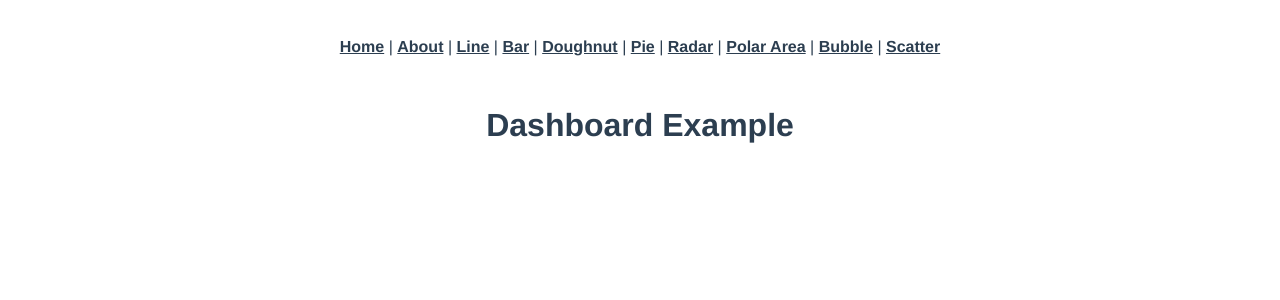
Repository: nashthecoder/vue_learn
Page: /dashboard (app in client/)
These files come from the project's save history. The page is drawn as it stood at one moment and after the next save; the edit follows.
The browser window is 1280 px wide. The pictures show the whole page.
The project was rebuilt for these pictures with package versions that can differ from the ones it lists, and the page was loaded fresh each time. Imported but missing from the stored project, and not drawn on this page: client/src/views/Home.vue.

Above is the page before, as saved 2020-12-16 19:47:45.

### client/public/index.html
<!DOCTYPE html>
<html lang="en">
  <head>
    <meta charset="utf-8">
    <meta http-equiv="X-UA-Compatible" content="IE=edge">
    <meta name="viewport" content="width=device-width,initial-scale=1.0">
    <link rel="icon" href="<%= BASE_URL %>favicon.ico">
    <title>Visualizations</title>
  </head>
  <body>
    <noscript>
      <strong>We're sorry but client doesn't work properly without JavaScript enabled. Please enable it to continue.</strong>
    </noscript>
    <div id="app"></div>
    <!-- built files will be auto injected -->
  </body>
</html>

### client/src/App.vue
<template>
  <div id="app">
    <div id="nav">
      <router-link to="/">Home</router-link> |
      <router-link to="/about">About</router-link> |
      <router-link to="/line">Line</router-link> |
      <router-link to="/bar">Bar</router-link> |
      <router-link to="/doughnut">Doughnut</router-link> |
      <router-link to="/pie">Pie</router-link> |
      <router-link to="/radar">Radar</router-link> |
      <router-link to="/polar-area">Polar Area</router-link> |
      <router-link to="/bubble">Bubble</router-link> |
      <router-link to="/scatter">Scatter</router-link>
    </div>
    <div class="container">
      <div class="row">
        <div class="col-12">
          <router-view />
        </div>
      </div>
    </div>
  </div>
</template>

<style>
#app {
  font-family: "Avenir", Helvetica, Arial, sans-serif;
  -webkit-font-smoothing: antialiased;
  -moz-osx-font-smoothing: grayscale;
  text-align: center;
  color: #2c3e50;
}
#nav {
  padding: 30px;
}

#nav a {
  font-weight: bold;
  color: #2c3e50;
}

#nav a.router-link-exact-active {
  color: #42b983;
}
</style>

### client/src/router.js
import Vue from "vue";
import VueRouter from "vue-router";
import Home from "./views/Home.vue";

Vue.use(VueRouter);

const routes = [
  {
    path: "/",
    name: "Home",
    component: Home
  },
  {
    path: "/line",
    name: "Line",
    component: () => import("./views/Line.vue")
  },
  {
    path: "/bar",
    name: "Bar",
    component: () => import("./views/Bar.vue")
  },
  {
    path: "/doughnut",
    name: "Doughnut",
    component: () => import("./views/Doughnut.vue")
  },
  {
    path: "/pie",
    name: "Pie",
    component: () => import("./views/Pie.vue")
  },
  {
    path: "/radar",
    name: "Radar",
    component: () => import("./views/Radar.vue")
  },
  {
    path: "/polar-area",
    name: "PolarArea",
    component: () => import("./views/PolarArea.vue")
  },
  {
    path: "/bubble",
    name: "Bubble",
    component: () => import("./views/Bubble.vue")
  },
  {
    path: "/scatter",
    name: "Scatter",
    component: () => import("./views/Scatter.vue")
  },
  {
    path: "/dashboard",
    name: "Dashboard",
    component: () => import("./views/Dashboard.vue")
  }
];
const router = new VueRouter({
  mode: "history",
  base: process.env.BASE_URL,
  routes
});

export default router;

### client/src/views/Dashboard.vue
<template>
  <div class="about">
    <h1>Dashboard Example</h1>
    <v-container>
      <v-card-text></v-card-text>
      <v-card-text></v-card-text>
      <v-card-text></v-card-text>
    </v-container>
  </div>
</template>

Loaded but not shown: client/src/main.js (common file); client/src/registerServiceWorker.js (common file)

After the next save:
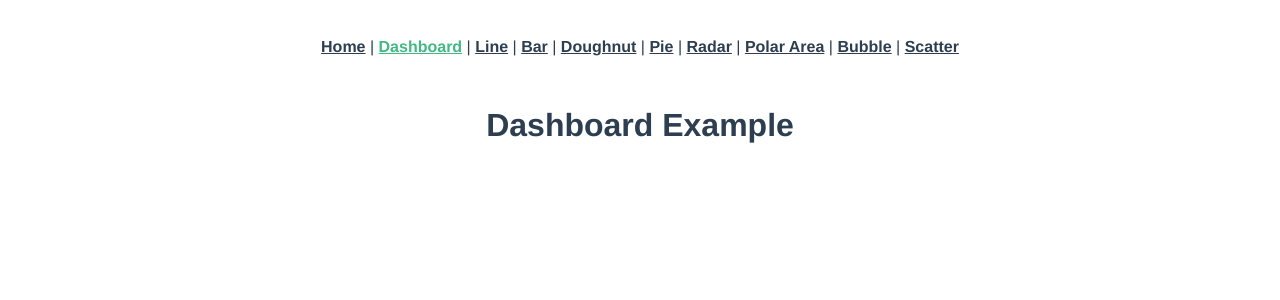
Saved 101 s later.
--- a/client/src/App.vue
+++ b/client/src/App.vue
@@ -2,7 +2,7 @@
   <div id="app">
     <div id="nav">
       <router-link to="/">Home</router-link> |
-      <router-link to="/about">About</router-link> |
+      <router-link to="/dashboard">Dashboard</router-link> |
       <router-link to="/line">Line</router-link> |
       <router-link to="/bar">Bar</router-link> |
       <router-link to="/doughnut">Doughnut</router-link> |
